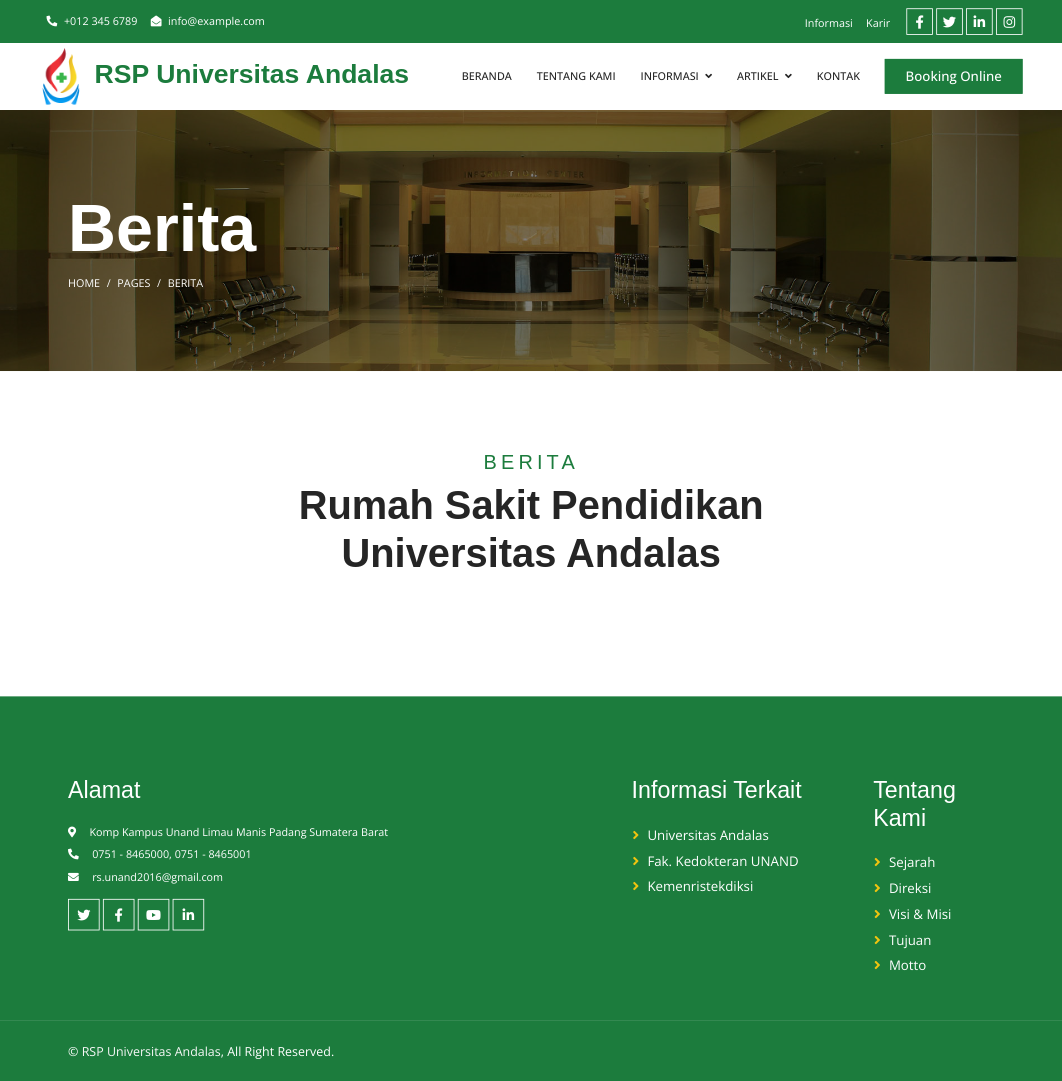
Repository: vivin-erialis/rsunand-site
Page: http://localhost/berita
An editor plug-in stored every save of this project. The page is shown before and after a run of saves, followed by the edit.
The browser window is 1280 px wide. The pictures show the whole page, at 83% of full size.
Some web fonts or font styles are not loaded; a fallback is used. Some web libraries are served in a nearby version. The page is served by the project's Laravel application, run on PHP 8.4 with Laravel 12. Other server files are loaded and not shown. Queries for data that is not in the repository find no rows.

Above is the page before, as saved 2024-04-29 09:59:51.
Console error: TypeError: Cannot read properties of undefined (reading 'version')

### routes/web.php
<?php

use App\Http\Controllers\Backend\ArtikelController as BackendArtikelController;
use App\Http\Controllers\Frontend\ArtikelController;
use App\Http\Controllers\HomeController;
use App\Http\Controllers\InformasiController;
use App\Http\Controllers\TentangKamiController;
use Illuminate\Support\Facades\Route;

// Route::get('/', function () {
//     return view('welcome');
// });

Route::get('/', [HomeController::class, 'homePage']);
// Informasi
Route::get('tentang-kami', [TentangKamiController::class, 'tentangKami']);
Route::get('jadwal-dokter', [InformasiController::class, 'jadwalDokter']);
Route::get('informasi-dokter', [InformasiController::class, 'informasiDokter']);
Route::get('bagian-instalasi', [InformasiController::class, 'bagianInstalasi']);

// Artikel
Route::get('berita', [ArtikelController::class, 'berita']);
Route::get('ilmiah', [ArtikelController::class, 'ilmiah']);
Route::get('pendidikan-pelatihan', [ArtikelController::class, 'pendidikanPelatihan']);
Route::get('penyakit-pengobatan', [ArtikelController::class, 'penyakitPengobatan']);

Route::get('kontak', [HomeController::class, 'kontak']);
Route::get('informasi', [HomeController::class, 'informasi']);
Route::get('/karir', [HomeController::class, 'karir']);

//
Route::prefix('admin')->group(function () {
    Route::resource('/artikel', BackendArtikelController::class);
});

### app/Http/Controllers/Frontend/ArtikelController.php
<?php

namespace App\Http\Controllers\Frontend;

use App\Http\Controllers\Controller;
use App\Models\Artikel;
use App\Models\KategoriArtikel;
use Illuminate\Http\Request;
use Illuminate\Support\Facades\DB;

class ArtikelController extends Controller
{
    //
    //
    public function berita()
    {
        // Mengambil artikel dengan kategori "berita"
        $artikelBerita = Artikel::whereHas('kategori', function ($query) {
            $query->where('title', 'Berita');
        })->get();

        return view('Frontend.artikel.berita', [
            'headerStart' => 'Berita',
            'artikel' => $artikelBerita
        ]);
    }

    public function ilmiah()
    {
        $ilmiah = Artikel::whereHas('kategori', function ($query) {
            $query->where('title', 'Ilmiah');
        })->get();

        return view('Frontend.artikel.ilmiah', [
            'headerStart' => 'Ilmiah',
            'ilmiah' => $ilmiah,
        ]);
    }
    public function pendidikanPelatihan()
    {
        return view('Frontend.artikel.pendidikan-pelatihan', [
            'headerStart' => 'Pendidikan & Pelatihan'
        ]);
    }

    public function penyakitPengobatan()
    {
        return view('Frontend.artikel.penyakit-pengobatan', [
            'headerStart' => 'Penyakit & Pengobatan'
        ]);
    }
}

### app/Models/Artikel.php
<?php

namespace App\Models;

use Illuminate\Database\Eloquent\Factories\HasFactory;
use Illuminate\Database\Eloquent\Model;

class Artikel extends Model
{
    use HasFactory;

    protected $fillable = ['id', 'title', 'desc', 'isi', 'gambar', 'status', 'url', 'kategori_id', 'created_at', 'updated_at'];


    public function kategori() {
        return $this->belongsTo(KategoriArtikel::class, 'kategori_id');
    }
}

### app/Models/KategoriArtikel.php
<?php

namespace App\Models;

use Illuminate\Database\Eloquent\Factories\HasFactory;
use Illuminate\Database\Eloquent\Model;

class KategoriArtikel extends Model
{
    use HasFactory;

    public function artikel()
    {
        return $this->hasMany(Artikel::class, 'kategori_id');
    }
}

### resources/views/Frontend/artikel/berita.blade.php
@extends('Frontend.layouts.main')
@section('title', 'Berita')
@section('content')
    @include('Frontend.layouts.header')
    {{-- Berita --}}
    <div class="container-xxl py-5">
        <div class="container">
            <div class="text-center mx-auto mb-5 wow fadeInUp" data-wow-delay="0.1s" style="max-width: 600px;">
                <h4 class="section-title">Berita</h4>
                <h1 class="display-5 mb-4">Rumah Sakit Pendidikan Universitas Andalas</h1>
            </div>
            <div class="container-berita">
                @foreach ($artikel as $item)
                    <div class="card">
                        <img loading="lazy" class="card-img" src="{{ asset('/images/artikel/' . $item->gambar) }}">
                        <div class="card-content">
                            <h2 class="card-title">{{$item->title}}</h2>
                            <p class="card-text">{!! $item->desc !!}</p>
                            <a href="/berita" class="card-button">Read More</a>
                        </div>
                    </div>
                @endforeach
            </div>
        </div>
    </div>
@endsection

### resources/views/Frontend/layouts/header.blade.php
<div class="container-fluid page-header py-5 mb-5 wow fadeIn" data-wow-delay="0.1s">
    <div class="container py-5">
        <h1 class="display-1 text-white animated slideInDown">{{$headerStart}}</h1>
        <nav aria-label="breadcrumb animated slideInDown">
            <ol class="breadcrumb text-uppercase mb-0">
                <li class="breadcrumb-item"><a class="text-white" href="#">Home</a></li>
                <li class="breadcrumb-item"><a class="text-white" href="#">Pages</a></li>
                <li class="breadcrumb-item text-white" aria-current="page">{{$headerStart}}</li>
            </ol>
        </nav>
    </div>
</div>

### resources/views/Frontend/layouts/topbar.blade.php
<div class="container-fluid bg-dark p-0 wow fadeIn" data-wow-delay="0.1s">
    <div class="row gx-0 d-none d-lg-flex">
        <div class="col-lg-7 px-5 text-start">
            <div class="h-100 d-inline-flex align-items-center py-3 me-3">
                <a class="text-body hp px-2" href="tel:+0123456789"><i class="fa fa-phone-alt text-white me-2"></i>+012 345 6789</a>
                <a class="text-body email px-2" href="mailto:info@example.com"><i class="fa fa-envelope-open text-white me-2"></i>info@example.com</a>
            </div>
        </div>
        <div class="col-lg-5 px-5 text-end">
            <div class="h-100 d-inline-flex align-items-center py-3 me-2">
                <a href="/informasi" class="text-body px-2" href="">Informasi</a>
                <a href="/karir" class="text-body px-2" href="">Karir</a>
            </div>
            <div class="h-100 d-inline-flex align-items-center">
                <a class="btn btn-sm-square btn-outline-body me-1" href=""><i class="fab fa-facebook-f"></i></a>
                <a class="btn btn-sm-square btn-outline-body me-1" href=""><i class="fab fa-twitter"></i></a>
                <a class="btn btn-sm-square btn-outline-body me-1" href=""><i class="fab fa-linkedin-in"></i></a>
                <a class="btn btn-sm-square btn-outline-body me-0" href=""><i class="fab fa-instagram"></i></a>
            </div>
        </div>
    </div>
</div>

### resources/views/Frontend/layouts/navbar.blade.php
<nav class="navbar navbar-expand-lg bg-white navbar-light sticky-top py-lg-0 px-lg-5 wow fadeIn" data-wow-delay="0.1s">
    <a href="/" class="navbar-brand ms-4 ms-lg-0">
        <h2 class="text-primary m-0"><img class="me-3" style="width: 50px" src="/../assets/img/rsunandlogo.png" alt="Icon">RSP Universitas Andalas</h2>
    </a>
    <button type="button" class="navbar-toggler me-4" data-bs-toggle="collapse" data-bs-target="#navbarCollapse">
        <span class="navbar-toggler-icon"></span>
    </button>
    <div class="collapse navbar-collapse" id="navbarCollapse">
        <div class="navbar-nav ms-auto p-4 p-lg-0">
            <a href="/" class="nav-item nav-link {{Request::is('/') ? 'active' : ''}} ">Beranda</a>
            <a href="/tentang-kami" class="nav-item nav-link  {{Request::is('tentang-kami') ? 'active' : ''}}">Tentang Kami</a>
            {{-- <a href="service.html" class="nav-item nav-link  {{Request::is('/') ? 'active' : ''}}">Services</a> --}}
            <div class="nav-item dropdown">
                <a href="#" class="nav-link dropdown-toggle" data-bs-toggle="dropdown">Informasi</a>
                <div class="dropdown-menu border-0 m-0">
                    <a href="/jadwal-doker" class="dropdown-item">Jadwal Dokter</a>
                    <a href="/informasi-dokter" class="dropdown-item">Informasi Dokter</a>
                    <a href="/kamar" class="dropdown-item">Ketersediaan Kamar</a>
                    <a href="/bagian-instalasi" class="dropdown-item">Bagian dan Instalasi</a>
                    {{-- <a href="testimonial.html" class="dropdown-item">Testimonial</a> --}}
                    {{-- <a href="404.html" class="dropdown-item">404 Page</a> --}}
                </div>
            </div>
            <div class="nav-item dropdown">
                <a href="#" class="nav-link dropdown-toggle" data-bs-toggle="dropdown">Artikel</a>
                <div class="dropdown-menu border-0 m-0">
                    <a href="/berita" class="dropdown-item">Berita</a>
                    <a href="/ilmiah" class="dropdown-item">Ilmiah</a>
                    <a href="/pendidikan-pelatihan" class="dropdown-item">Pendidikan dan Pelatihan</a>
                    <a href="/penyakit-pengobatan" class="dropdown-item">Penyakit dan Pengobatan</a>
                    {{-- <a href="testimonial.html" class="dropdown-item">Testimonial</a> --}}
                    {{-- <a href="404.html" class="dropdown-item">404 Page</a> --}}
                </div>
            </div>
            <a href="/kontak" class="nav-item nav-link  {{Request::is('kontak') ? 'active' : ''}}">Kontak</a>
        </div>
        <a href="/booking" class="btn btn-primary py-2 px-4 d-none d-lg-block">Booking Online</a>
    </div>
</nav>

### resources/views/Frontend/layouts/footer.blade.php
<div class="container-fluid bg-dark text-body footer mt-5 pt-5 px-0 wow fadeIn" data-wow-delay="0.1s">
    <div class="container py-5">
        <div class="row g-5">
            <div class="col-lg-7 col-md-6">
                <h3 class="text-light mb-4">Alamat</h3>
                <p class="mb-2"><i class="fa fa-map-marker-alt text-white me-3"></i>Komp Kampus Unand Limau Manis Padang Sumatera Barat</p>
                <p class="mb-2"><i class="fa fa-phone-alt text-white me-3"></i>0751 - 8465000, 0751 - 8465001</p>
                <p class="mb-2"><i class="fa fa-envelope text-white me-3"></i>rs.unand2016@gmail.com</p>
                <div class="d-flex pt-2">
                    <a class="btn btn-square btn-outline-body me-1" href=""><i class="fab fa-twitter"></i></a>
                    <a class="btn btn-square btn-outline-body me-1" href=""><i class="fab fa-facebook-f"></i></a>
                    <a class="btn btn-square btn-outline-body me-1" href=""><i class="fab fa-youtube"></i></a>
                    <a class="btn btn-square btn-outline-body me-0" href=""><i class="fab fa-linkedin-in"></i></a>
                </div>
            </div>
            <div class="col-lg-3 col-md-6">
                <h3 class="text-light mb-4">Informasi Terkait</h3>
                <a class="btn btn-link" href="">Universitas Andalas</a>
                <a class="btn btn-link" href="">Fak. Kedokteran UNAND</a>
                <a class="btn btn-link" href="">Kemenristekdiksi</a>
            </div>
            <div class="col-lg-2 col-md-6">
                <h3 class="text-light mb-4">Tentang Kami</h3>
                <a class="btn btn-link" href="">Sejarah</a>
                <a class="btn btn-link" href="">Direksi</a>
                <a class="btn btn-link" href="">Visi & Misi</a>
                <a class="btn btn-link" href="">Tujuan</a>
                <a class="btn btn-link" href="">Motto</a>
            </div>

        </div>
    </div>
    <div class="container-fluid copyright">
        <div class="container">
            <div class="row">
                <div class="col-md-6 text-center text-md-start mb-3 mb-md-0">
                    &copy; <a href="#">RSP Universitas Andalas</a>, All Right Reserved.
                </div>
                {{-- <div class="col-md-6 text-center text-md-end">
                    <!--/*** This template is free as long as you keep the footer author’s credit link/attribution link/backlink. If you'd like to use the template without the footer author’s credit link/attribution link/backlink, you can purchase the Credit Removal License from "https://htmlcodex.com/credit-removal". Thank you for your support. ***/-->
                    Designed By <a href="https://htmlcodex.com">HTML Codex</a>
                    <br> Distributed By: <a class="border-bottom" href="https://themewagon.com" target="_blank">ThemeWagon</a>
                </div> --}}
            </div>
        </div>
    </div>
</div>

Loaded but not shown: app/Http/Controllers/Controller.php (common file); public/assets/lib/animate/animate.min.css (library); public/assets/lib/owlcarousel/assets/owl.carousel.min.css (common file); public/assets/lib/tempusdominus/css/tempusdominus-bootstrap-4.min.css (library); public/assets/css/bootstrap.min.css (library); public/assets/lib/wow/wow.min.js (library); public/assets/lib/easing/easing.min.js (common file); public/assets/lib/waypoints/waypoints.min.js (library); public/assets/lib/counterup/counterup.min.js (common file); public/assets/lib/owlcarousel/owl.carousel.min.js (library); public/assets/lib/tempusdominus/js/moment-timezone.min.js (library); public/assets/lib/tempusdominus/js/tempusdominus-bootstrap-4.min.js (library); public/assets/js/main.js (83 lines, source omitted); resources/views/Frontend/layouts/main.blade.php (468 lines, source omitted); public/assets/css/style.css (664 lines, source omitted)

After the next 2 saves:
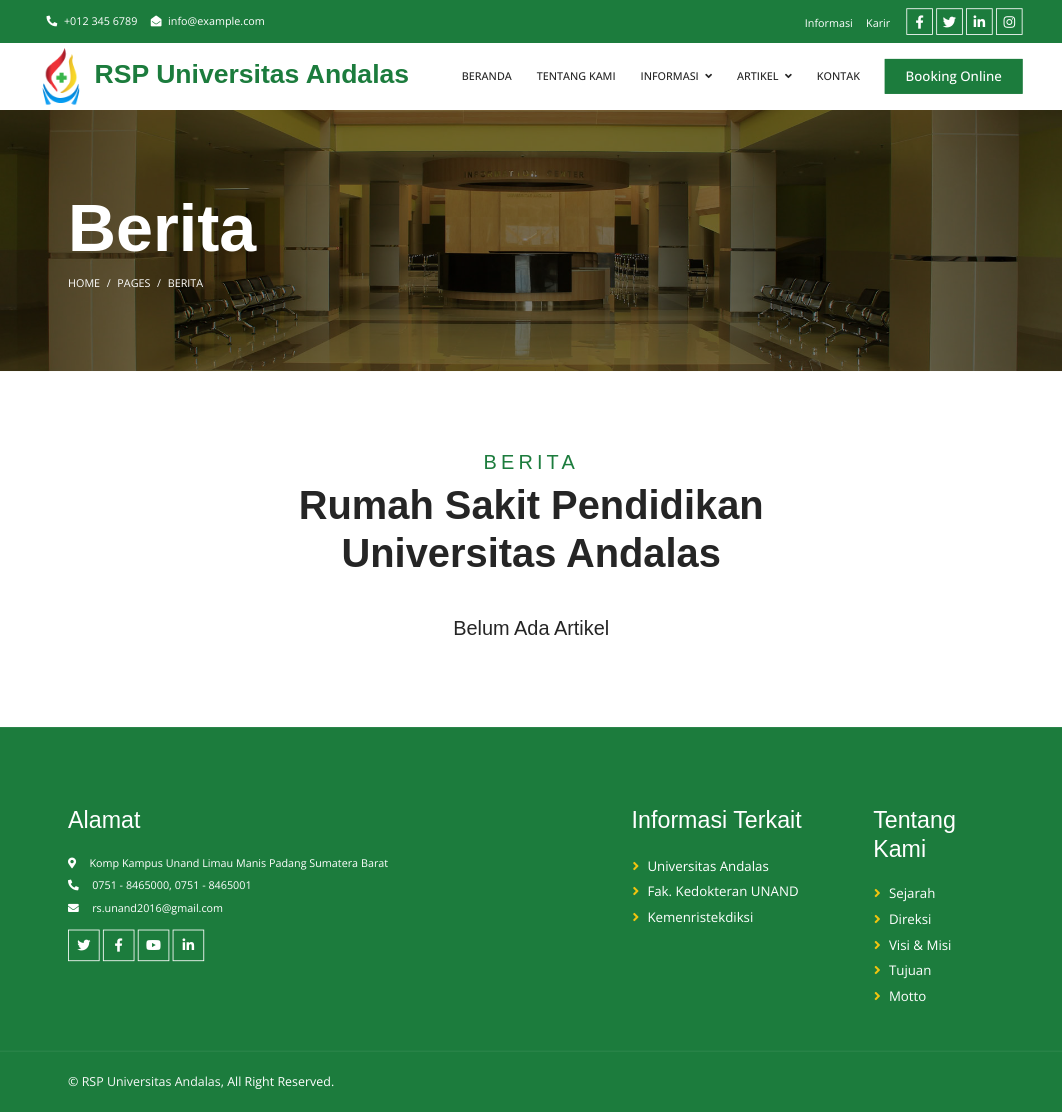
The 2 saves are shown as one change because 1 did not build or start.
The last was saved 19 s later.
--- a/resources/views/Frontend/artikel/berita.blade.php
+++ b/resources/views/Frontend/artikel/berita.blade.php
@@ -9,6 +9,9 @@
                 <h4 class="section-title">Berita</h4>
                 <h1 class="display-5 mb-4">Rumah Sakit Pendidikan Universitas Andalas</h1>
             </div>
+            @if ($artikel->isEmpty())
+            <h4 class="mt-5 text-center">Belum Ada Artikel</h4>
+        @endif
             <div class="container-berita">
                 @foreach ($artikel as $item)
                     <div class="card">
